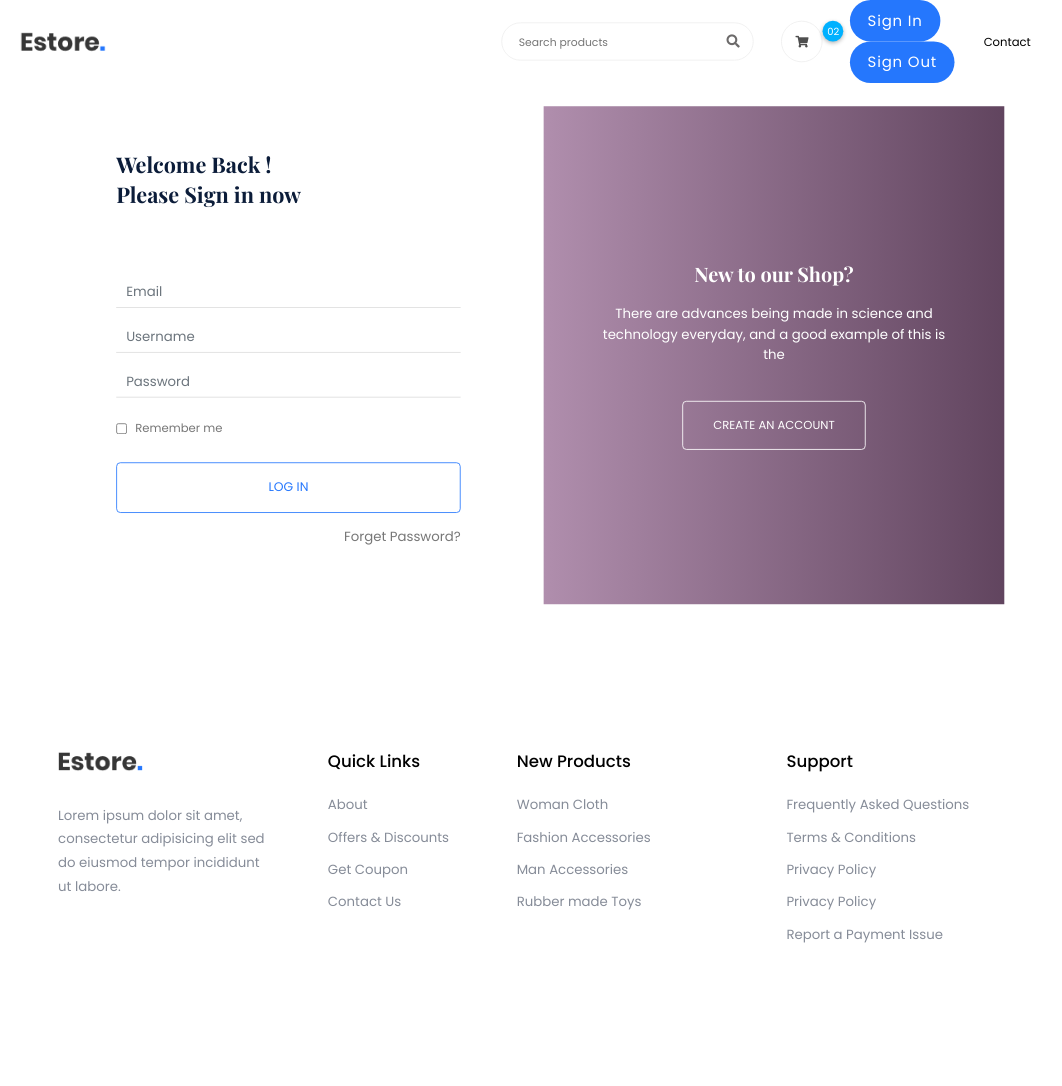
Repository: tuanloc782004/Estore-Bookshop-Website
Page: http://localhost/auth/register
These files come from the project's save history. The page is drawn as it stood at one moment and after the next save; the edit follows.
The browser window is 1280 px wide. The pictures show the whole page, at 83% of full size.
Some web fonts or font styles are not loaded; a fallback is used. The page is this project's Thymeleaf template; nobody is signed in. Other server files are loaded and not shown. The template is opened directly, without the code that normally fills it, so the values that code supplies are empty.

Above is the page before, as saved 2024-10-26 13:56:58.

### myscp/src/main/resources/templates/auth/register.html
<!doctype html>
<html lang="zxx" xmlns:th="http://www.thymeleaf.org"
	xmlns:sec="https://www.thymeleaf.org/extras/spring-security6">

<head th:replace="user/layout/head::head"></head>

<body>

	<div th:replace="user/layout/preloader-start::preloader-start"></div>

	<header th:replace="user/layout/header::header"></header>

	<!--================login_part Area =================-->
	<section class="login_part">
		<div class="container">
			<div class="row align-items-center">
				<div class="col-lg-6 col-md-6">
					<div class="login_part_form">
						<div class="login_part_form_iner">
							<div th:if="${param.error}">Invalid username and password.
							</div>
							<div th:if="${param.logout}">You have been logged out.</div>
							<h3>
								Welcome Back ! <br> Please Sign in now
							</h3>
							<form class="row contact_form" th:action="@{/login}"
								method="post" novalidate="novalidate">
								<div class="col-md-12 form-group p_star">
									<input type="email" class="form-control" id="email"
										name="email" value="" placeholder="Email">
								</div>
								<div class="col-md-12 form-group p_star">
									<input type="text" class="form-control" id="name"
										name="username" value="" placeholder="Username">
								</div>
								<div class="col-md-12 form-group p_star">
									<input type="password" class="form-control" id="password"
										name="password" value="" placeholder="Password">
								</div>
								<div class="col-md-12 form-group">
									<div class="creat_account d-flex align-items-center">
										<input type="checkbox" id="f-option" name="selector">
										<label for="f-option">Remember me</label>
									</div>
									<button type="submit" value="submit" class="btn_3">
										log in</button>
									<a class="lost_pass" href="#">forget password?</a>
								</div>
							</form>
						</div>
					</div>
				</div>
				<div class="col-lg-6 col-md-6">
					<div class="login_part_text text-center">
						<div class="login_part_text_iner">
							<h2>New to our Shop?</h2>
							<p>There are advances being made in science and technology
								everyday, and a good example of this is the</p>
							<a href="#" class="btn_3">Create an Account</a>
						</div>
					</div>
				</div>
			</div>
		</div>
	</section>
	<!--================login_part end =================-->

	<footer th:replace="user/layout/footer::footer"></footer>

	<div th:replace="user/layout/script::script"></div>

</body>

</html>

### myscp/src/main/resources/templates/user/layout/head.html
<head th:fragment="head">
<meta charset="utf-8">
<meta http-equiv="x-ua-compatible" content="ie=edge">
<title>Estore</title>
<meta name="description" content="">
<meta name="viewport" content="width=device-width, initial-scale=1">
<link rel="manifest" href="site.webmanifest">
<link rel="shortcut icon" type="image/x-icon"
	th:href="@{/assets/img/favicon.ico}">

<!-- CSS here -->
<link rel="stylesheet" th:href="@{/assets/css/bootstrap.min.css}">
<link rel="stylesheet" th:href="@{/assets/css/owl.carousel.min.css}">
<link rel="stylesheet" th:href="@{/assets/css/flaticon.css}">
<link rel="stylesheet" th:href="@{/assets/css/slicknav.css}">
<link rel="stylesheet" th:href="@{/assets/css/animate.min.css}">
<link rel="stylesheet" th:href="@{/assets/css/magnific-popup.css}">
<link rel="stylesheet" th:href="@{/assets/css/fontawesome-all.min.css}">
<link rel="stylesheet" th:href="@{/assets/css/themify-icons.css}">
<link rel="stylesheet" th:href="@{/assets/css/slick.css}">
<link rel="stylesheet" th:href="@{/assets/css/nice-select.css}">
<link rel="stylesheet" th:href="@{/assets/css/style.css}">
</head>

### myscp/src/main/resources/templates/user/layout/preloader-start.html
<!-- Preloader Start -->
<div id="preloader-active" th:fragment="preloader-start">
	<div class="preloader d-flex align-items-center justify-content-center">
		<div class="preloader-inner position-relative">
			<div class="preloader-circle"></div>
			<div class="preloader-img pere-text">
				<img th:src="@{/assets/img/logo/logo.png}" alt="">
			</div>
		</div>
	</div>
</div>
<!-- Preloader Start -->

### myscp/src/main/resources/templates/user/layout/header.html
<header th:fragment="header">
	<!-- Header Start -->
	<div class="header-area">
		<div class="main-header ">
			<div class="header-bottom  header-sticky">
				<div class="container-fluid">
					<div class="row align-items-center">
						<!-- Logo -->
						<div class="col-xl-1 col-lg-1 col-md-1 col-sm-3">
							<div class="logo">
								<a th:href="@{/}"><img th:src="@{/assets/img/logo/logo.png}"
									alt=""></a>
							</div>
						</div>
						<div class="col-xl-10 col-lg-10 col-md-10 col-sm-6">
							<ul
								class="header-right f-right d-flex justify-content-between align-items-center">
								<li class="d-none d-xl-block">
									<div class="form-box f-right ">
										<input type="text" name="Search" placeholder="Search products">
										<div class="search-icon">
											<i class="fas fa-search special-tag"></i>
										</div>
									</div>
								</li>
								<li>
									<div class="shopping-card">
										<a href="cart.html"><i class="fas fa-shopping-cart"></i></a>
									</div>
								</li>
								<li class="d-none d-lg-block"><sec:authorize
										access="isAnonymous()">
										<form th:action="@{/login}" method="get">
											<input type="submit" value="Sign In" class="btn header-btn"/>
										</form>
									</sec:authorize> <sec:authorize access="isAuthenticated()">
										<form th:action="@{/logout}" method="post">
											<input type="submit" value="Sign Out" class="btn header-btn"/>
										</form>
									</sec:authorize></li>
							</ul>
						</div>


						<div class="col-xl-1 col-lg-1 col-md-1 col-sm-3">
							<!-- Main-menu -->
							<div class="main-menu f-right d-none d-lg-block">
								<nav>
									<ul id="navigation">
										<li><a href="contact.html">Contact</a></li>
									</ul>
								</nav>
							</div>
						</div>
						<!-- Mobile Menu -->
						<div class="col-12">
							<div class="mobile_menu d-block d-lg-none"></div>
						</div>
					</div>
				</div>
			</div>
		</div>
	</div>
	<!-- Header End -->
</header>

### myscp/src/main/resources/templates/user/layout/footer.html
<footer th:fragment="footer">

	<!-- Footer Start-->
	<div class="footer-area footer-padding">
		<div class="container">
			<div class="row d-flex justify-content-between">
				<div class="col-xl-3 col-lg-3 col-md-5 col-sm-6">
					<div class="single-footer-caption mb-50">
						<div class="single-footer-caption mb-30">
							<!-- logo -->
							<div class="footer-logo">
								<a href="index.html"><img
									th:src="@{/assets/img/logo/logo2_footer.png}" alt=""></a>
							</div>
							<div class="footer-tittle">
								<div class="footer-pera">
									<p>Lorem ipsum dolor sit amet, consectetur adipisicing elit
										sed do eiusmod tempor incididunt ut labore.</p>
								</div>
							</div>
						</div>
					</div>
				</div>
				<div class="col-xl-2 col-lg-3 col-md-3 col-sm-5">
					<div class="single-footer-caption mb-50">
						<div class="footer-tittle">
							<h4>Quick Links</h4>
							<ul>
								<li><a href="#">About</a></li>
								<li><a href="#"> Offers & Discounts</a></li>
								<li><a href="#"> Get Coupon</a></li>
								<li><a href="#"> Contact Us</a></li>
							</ul>
						</div>
					</div>
				</div>
				<div class="col-xl-3 col-lg-3 col-md-4 col-sm-7">
					<div class="single-footer-caption mb-50">
						<div class="footer-tittle">
							<h4>New Products</h4>
							<ul>
								<li><a href="#">Woman Cloth</a></li>
								<li><a href="#">Fashion Accessories</a></li>
								<li><a href="#"> Man Accessories</a></li>
								<li><a href="#"> Rubber made Toys</a></li>
							</ul>
						</div>
					</div>
				</div>
				<div class="col-xl-3 col-lg-3 col-md-5 col-sm-7">
					<div class="single-footer-caption mb-50">
						<div class="footer-tittle">
							<h4>Support</h4>
							<ul>
								<li><a href="#">Frequently Asked Questions</a></li>
								<li><a href="#">Terms & Conditions</a></li>
								<li><a href="#">Privacy Policy</a></li>
								<li><a href="#">Privacy Policy</a></li>
								<li><a href="#">Report a Payment Issue</a></li>
							</ul>
						</div>
					</div>
				</div>
			</div>
		</div>
	</div>
	<!-- Footer End-->

</footer>

### myscp/src/main/resources/templates/user/layout/script.html
<div th:fragment="script">
	<!-- JS here -->

	<!-- All JS Custom Plugins Link Here here -->
	<script th:src="@{/assets/js/vendor/modernizr-3.5.0.min.js}"></script>
	<!-- Jquery, Popper, Bootstrap -->
	<script th:src="@{/assets/js/vendor/jquery-1.12.4.min.js}"></script>
	<script th:src="@{/assets/js/popper.min.js}"></script>
	<script th:src="@{/assets/js/bootstrap.min.js}"></script>
	<!-- Jquery Mobile Menu -->
	<script th:src="@{/assets/js/jquery.slicknav.min.js}"></script>

	<!-- Jquery Slick , Owl-Carousel Plugins -->
	<script th:src="@{/assets/js/owl.carousel.min.js}"></script>
	<script th:src="@{/assets/js/slick.min.js}"></script>

	<!-- One Page, Animated-HeadLin -->
	<script th:src="@{/assets/js/wow.min.js}"></script>
	<script th:src="@{/assets/js/animated.headline.js}"></script>
	<script th:src="@{/assets/js/jquery.magnific-popup.js}"></script>

	<!-- Scrollup, nice-select, sticky -->
	<script th:src="@{/assets/js/jquery.scrollUp.min.js}"></script>
	<script th:src="@{/assets/js/jquery.nice-select.min.js}"></script>
	<script th:src="@{/assets/js/jquery.sticky.js}"></script>
	<script src="./assets/js/jquery.magnific-popup.js"></script>

	<!-- contact js -->
	<script th:src="@{/assets/js/contact.js}"></script>
	<script th:src="@{/assets/js/jquery.form.js}"></script>
	<script th:src="@{/assets/js/jquery.validate.min.js}"></script>
	<script th:src="@{/assets/js/mail-script.js}"></script>
	<script th:src="@{/assets/js/jquery.ajaxchimp.min.js}"></script>

	<!-- Jquery Plugins, main Jquery -->
	<script th:src="@{/assets/js/plugins.js}"></script>
	<script th:src="@{/assets/js/main.js}"></script>
</div>

### myscp/src/main/resources/static/assets/js/contact.js
$(document).ready(function(){

    (function($) {
        "use strict";


    jQuery.validator.addMethod('answercheck', function (value, element) {
        return this.optional(element) || /^\bcat\b$/.test(value)
    }, "type the correct answer -_-");

    // validate contactForm form
    $(function() {
        $('#contactForm').validate({
            rules: {
                name: {
                    required: true,
                    minlength: 2
                },
                subject: {
                    required: true,
                    minlength: 4
                },
                number: {
                    required: true,
                    minlength: 5
                },
                email: {
                    required: true,
                    email: true
                },
                message: {
                    required: true,
                    minlength: 20
                }
            },
            messages: {
                name: {
                    required: "come on, you have a name, don't you?",
                    minlength: "your name must consist of at least 2 characters"
                },
                subject: {
                    required: "come on, you have a subject, don't you?",
                    minlength: "your subject must consist of at least 4 characters"
                },
                number: {
                    required: "come on, you have a number, don't you?",
                    minlength: "your Number must consist of at least 5 characters"
                },
                email: {
                    required: "no email, no message"
                },
                message: {
                    required: "um...yea, you have to write something to send this form.",
                    minlength: "thats all? really?"
                }
            },
            submitHandler: function(form) {
                $(form).ajaxSubmit({
                    type:"POST",
                    data: $(form).serialize(),
                    url:"contact_process.php",
                    success: function() {
                        $('#contactForm :input').attr('disabled', 'disabled');
                        $('#contactForm').fadeTo( "slow", 1, function() {
                            $(this).find(':input').attr('disabled', 'disabled');
                            $(this).find('label').css('cursor','default');
                            $('#success').fadeIn()
                            $('.modal').modal('hide');
		                	$('#success').modal('show');
                        })
                    },
                    error: function() {
                        $('#contactForm').fadeTo( "slow", 1, function() {
                            $('#error').fadeIn()
                            $('.modal').modal('hide');
		                	$('#error').modal('show');
                        })
                    }
                })
            }
        })
    })

 })(jQuery)
})

### myscp/src/main/resources/static/assets/js/mail-script.js
    // -------   Mail Send ajax

     $(document).ready(function() {
        var form = $('#myForm'); // contact form
        var submit = $('.submit-btn'); // submit button
        var alert = $('.alert-msg'); // alert div for show alert message

        // form submit event
        form.on('submit', function(e) {
            e.preventDefault(); // prevent default form submit

            $.ajax({
                url: 'mail.php', // form action url
                type: 'POST', // form submit method get/post
                dataType: 'html', // request type html/json/xml
                data: form.serialize(), // serialize form data
                beforeSend: function() {
                    alert.fadeOut();
                    submit.html('Sending....'); // change submit button text
                },
                success: function(data) {
                    alert.html(data).fadeIn(); // fade in response data
                    form.trigger('reset'); // reset form
                    submit.attr("style", "display: none !important");; // reset submit button text
                },
                error: function(e) {
                    console.log(e)
                }
            });
        });
    });

### myscp/src/main/resources/static/assets/js/plugins.js
// Avoid `console` errors in browsers that lack a console.
(function() {
    var method;
    var noop = function () {};
    var methods = [
        'assert', 'clear', 'count', 'debug', 'dir', 'dirxml', 'error',
        'exception', 'group', 'groupCollapsed', 'groupEnd', 'info', 'log',
        'markTimeline', 'profile', 'profileEnd', 'table', 'time', 'timeEnd',
        'timeline', 'timelineEnd', 'timeStamp', 'trace', 'warn'
    ];
    var length = methods.length;
    var console = (window.console = window.console || {});

    while (length--) {
        method = methods[length];

        // Only stub undefined methods.
        if (!console[method]) {
            console[method] = noop;
        }
    }
}());

// Place any jQuery/helper plugins in here.

Loaded but not shown: myscp/src/main/resources/static/assets/css/bootstrap.min.css (library); myscp/src/main/resources/static/assets/css/owl.carousel.min.css (common file); myscp/src/main/resources/static/assets/css/flaticon.css (common file); myscp/src/main/resources/static/assets/css/slicknav.css (common file); myscp/src/main/resources/static/assets/css/animate.min.css (library); myscp/src/main/resources/static/assets/css/magnific-popup.css (library); myscp/src/main/resources/static/assets/css/fontawesome-all.min.css (library); myscp/src/main/resources/static/assets/css/themify-icons.css (common file); myscp/src/main/resources/static/assets/css/slick.css (common file); myscp/src/main/resources/static/assets/css/nice-select.css (common file); myscp/src/main/resources/static/assets/css/style.css (library); myscp/src/main/resources/static/assets/js/popper.min.js (library); myscp/src/main/resources/static/assets/js/bootstrap.min.js (library); myscp/src/main/resources/static/assets/js/jquery.slicknav.min.js (library); myscp/src/main/resources/static/assets/js/owl.carousel.min.js (library); myscp/src/main/resources/static/assets/js/slick.min.js (library); myscp/src/main/resources/static/assets/js/wow.min.js (library); myscp/src/main/resources/static/assets/js/animated.headline.js (common file); myscp/src/main/resources/static/assets/js/jquery.magnific-popup.js (library); myscp/src/main/resources/static/assets/js/jquery.scrollUp.min.js (common file); myscp/src/main/resources/static/assets/js/jquery.nice-select.min.js (common file); myscp/src/main/resources/static/assets/js/jquery.sticky.js (library); myscp/src/main/resources/static/assets/js/jquery.form.js (library); myscp/src/main/resources/static/assets/js/jquery.validate.min.js (library); myscp/src/main/resources/static/assets/js/jquery.ajaxchimp.min.js (library); myscp/src/main/resources/static/assets/js/main.js (520 lines, source omitted)

After the next save:
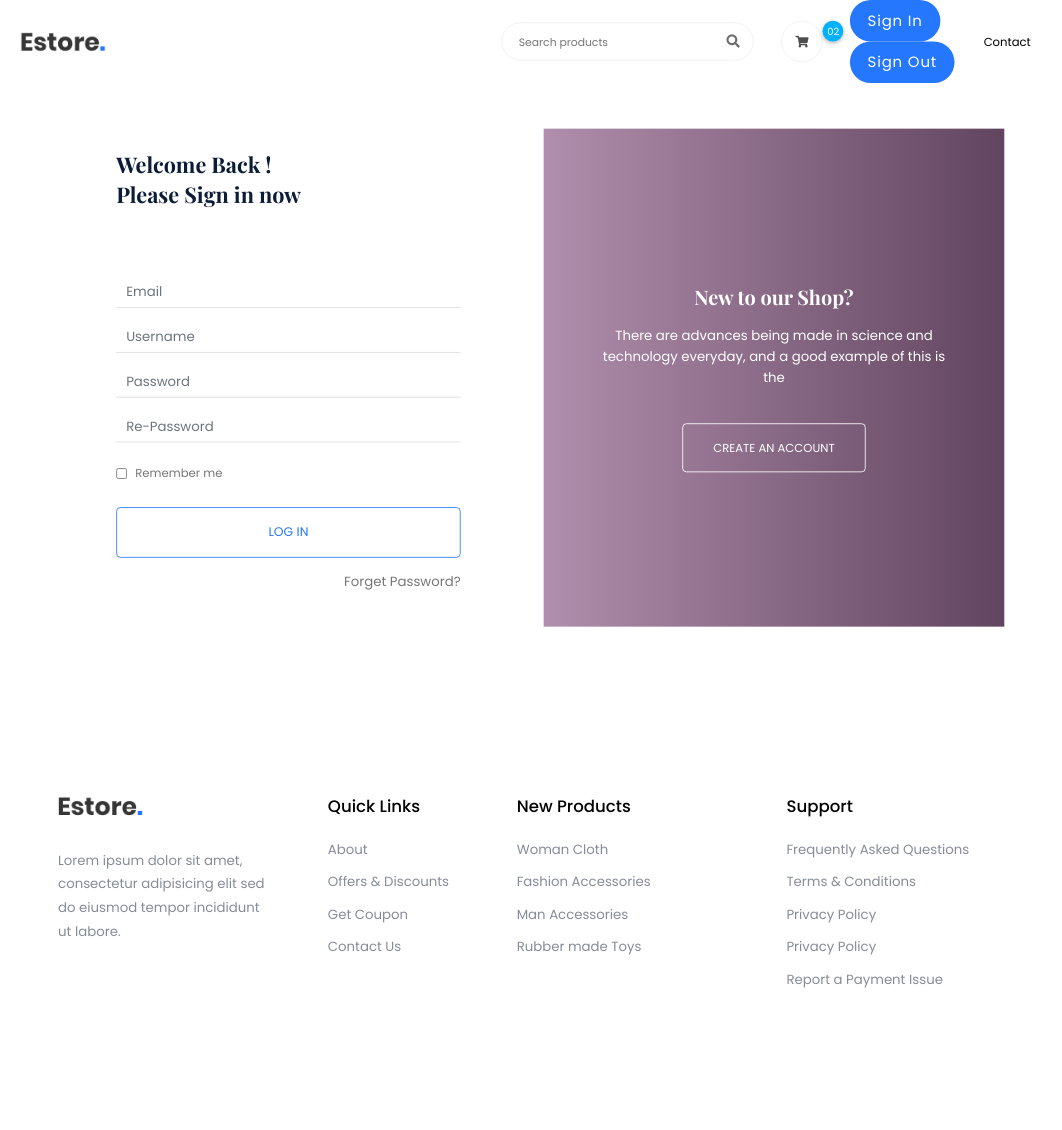
Saved 4 min 14 s later.
--- a/myscp/src/main/resources/templates/auth/register.html
+++ b/myscp/src/main/resources/templates/auth/register.html
@@ -37,6 +37,10 @@
 									<input type="password" class="form-control" id="password"
 										name="password" value="" placeholder="Password">
 								</div>
+								<div class="col-md-12 form-group p_star">
+									<input type="password" class="form-control" id="rePassword"
+										name="rePassword" value="" placeholder="Re-Password">
+								</div>
 								<div class="col-md-12 form-group">
 									<div class="creat_account d-flex align-items-center">
 										<input type="checkbox" id="f-option" name="selector">
